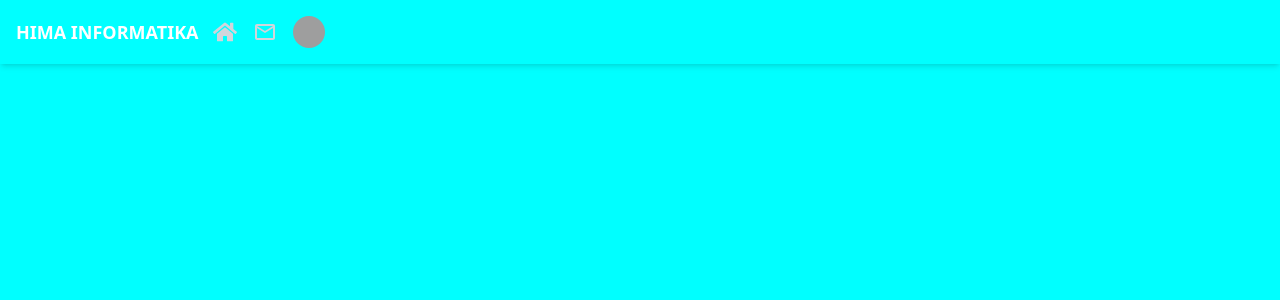
Repository: MUHAMADTEGARWIJAYA/himaif
Page: /
The author's editor kept a copy of each file at every save. The page is drawn from the files as they stood at one save, then again after the next save.
The browser window is 1280 px wide. The pictures show the whole page.
Pictures or frames that could not be fetched are drawn as grey boxes. The project was rebuilt for these pictures with package versions that can differ from the ones it lists, and the page was loaded fresh each time. Also part of the build but not shown: vite.config.js.

Above is the page before, as saved 2024-12-21 10:14:20.

After the next save:
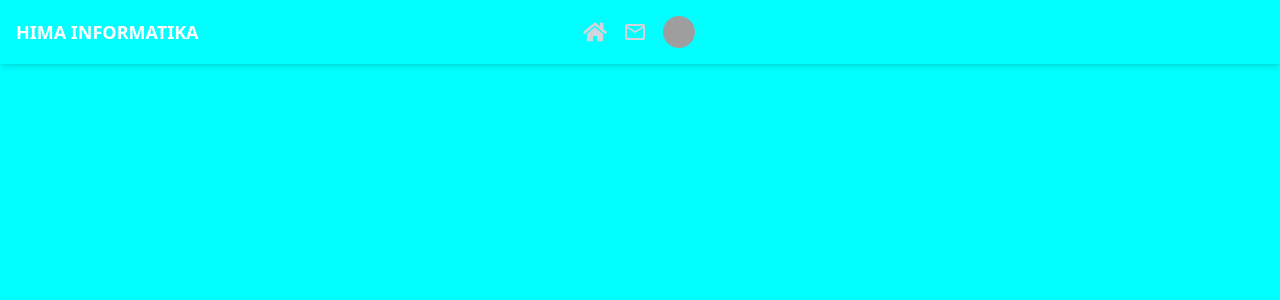
Saved 9 s later.
--- a/src/pages/Navbar.jsx
+++ b/src/pages/Navbar.jsx
@@ -26,7 +26,7 @@ const Navbar = () => {
   return (
     <div className="relative">
       <div
-        className={`flex items-center p-4 bg-transparent space-x-3.5 text-white shadow-md transition-transform duration-300 ${
+        className={`flex items-center p-4 bg-transparent space-x-96 text-white shadow-md transition-transform duration-300 ${
           isVisible ? "translate-y-0" : "-translate-y-full"
         }`}
       >
